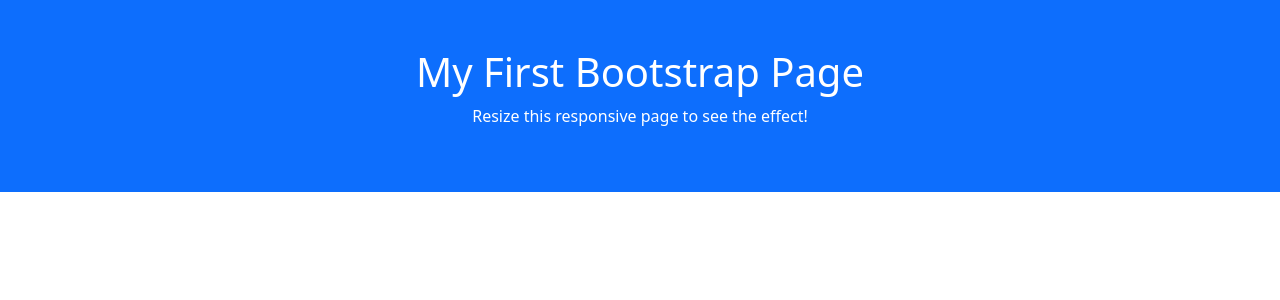
Repository: Rishicollinz/Java_Fullstack
Page: Eclipse 2/jspproject/src/main/webapp/index.html
These files come from the project's save history. The page is drawn as it stood at one moment and after the next save; the edit follows.
The browser window is 1280 px wide. The pictures show the whole page.

Above is the page before, as saved 2023-05-18 15:15:25.

After the next save:
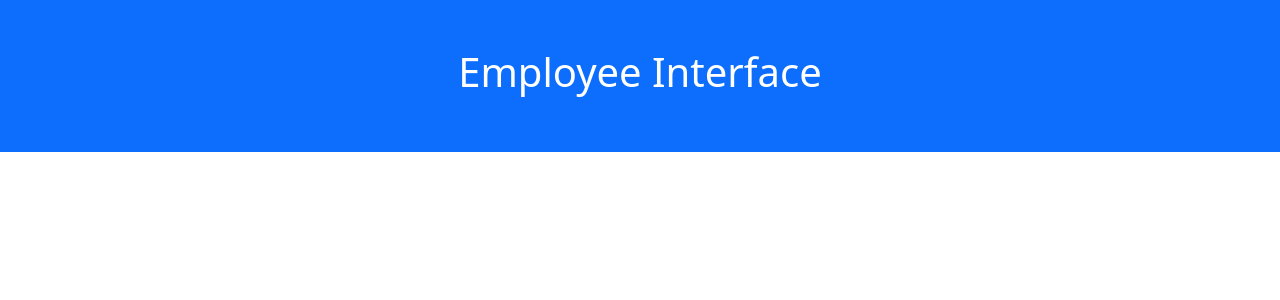
Saved 34 s later.
--- a/Eclipse 2/jspproject/src/main/webapp/index.html
+++ b/Eclipse 2/jspproject/src/main/webapp/index.html
@@ -12,8 +12,7 @@
 <body>
 
 <div class="container-fluid p-5 bg-primary text-white text-center">
-  <h1>My First Bootstrap Page</h1>
-  <p>Resize this responsive page to see the effect!</p>
+  <h1>Employee Interface</h1>
 </div>
 
 </body>
